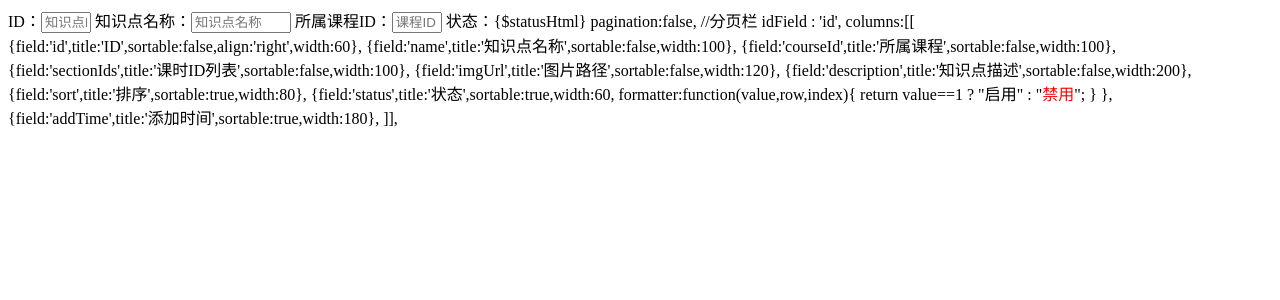
Repository: pridewu/hipi
Page: Education_dev_platform/branches/v1/Application/System/View/v1/Topic/index.html
An editor plug-in stored every save of this project. The page is shown before and after the next save, followed by the edit.
The browser window is 1280 px wide. The pictures show the whole page.

Above is the page before, as saved 2014-12-04 07:55:27.

After the next save:
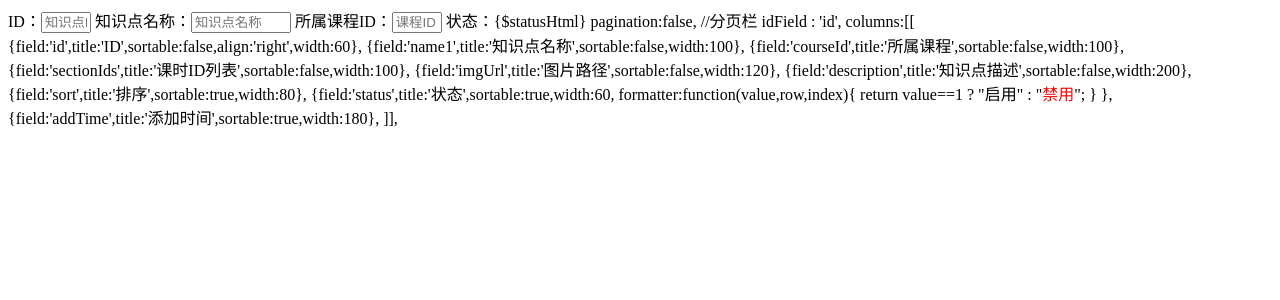
Saved 24 min 46 s later.
--- a/Education_dev_platform/branches/v1/Application/System/View/v1/Topic/index.html
+++ b/Education_dev_platform/branches/v1/Application/System/View/v1/Topic/index.html
@@ -17,7 +17,7 @@
 		idField : 'id',
 	    columns:[[
             {field:'id',title:'ID',sortable:false,align:'right',width:60},
-            {field:'name',title:'知识点名称',sortable:false,width:100},
+            {field:'name1',title:'知识点名称',sortable:false,width:100},
             {field:'courseId',title:'所属课程',sortable:false,width:100},
             {field:'sectionIds',title:'课时ID列表',sortable:false,width:100},
             {field:'imgUrl',title:'图片路径',sortable:false,width:120},
